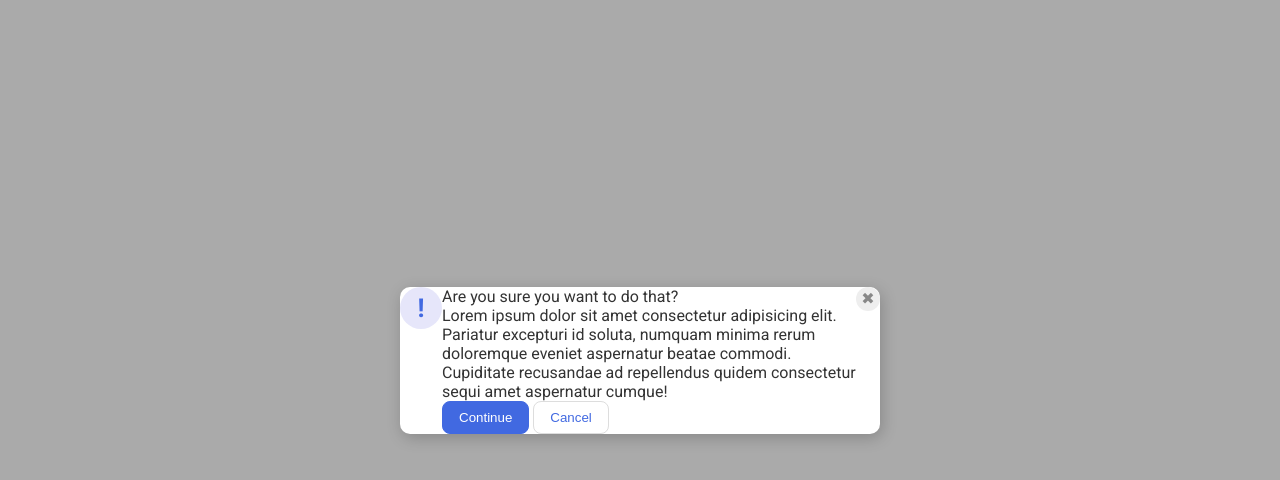
Repository: ridgely/css-exercises
Page: flex/05-flex-modal/index.html
These files come from the project's save history. The page is drawn as it stood at one moment and after the next save; the edit follows.
The browser window is 1280 px wide. The pictures show the whole page.

Above is the page before, as saved 2022-07-06 14:20:16.

### flex/05-flex-modal/index.html
<!DOCTYPE html>
<html lang="en">
  <head>
    <meta charset="UTF-8">
    <meta http-equiv="X-UA-Compatible" content="IE=edge">
    <meta name="viewport" content="width=device-width, initial-scale=1.0">
    <link rel="stylesheet" href="style.css">
    <title>Modal</title>
  </head>
  <body>
    <div class="modal">
      <div class="column-1">
        <div class="icon">!</div>
      </div>
      <div class="column-2">
        <div class="header">Are you sure you want to do that?</div>
        <div class="text">Lorem ipsum dolor sit amet consectetur adipisicing elit. Pariatur excepturi id soluta, numquam minima rerum doloremque eveniet aspernatur beatae commodi. Cupiditate recusandae ad repellendus quidem consectetur sequi amet aspernatur cumque!</div>
        <button class="continue">Continue</button>
        <button class="cancel">Cancel</button>
      </div>
      <div class="column-3">
        <div class="close-button">✖</div>
      </div>
    </div>
  </body>
</html>

### flex/05-flex-modal/style.css
@import url('https://fonts.googleapis.com/css2?family=Roboto:wght@400;700&display=swap');

html, body {
  height: 100%;
}

body {
  font-family: Roboto, sans-serif;
  margin: 0;
  background: #aaa;
  color: #333;
  /* I'll give you this one for free lol */
  display: flex;
  align-items: center;
  justify-content: center;
}

.modal {
  background: white;
  width: 480px;
  border-radius: 10px;
  box-shadow: 2px 4px 16px rgba(0,0,0,.2);
  display: flex;
}

.icon {
  color: royalblue;
  font-size: 26px;
  font-weight: 700;
  background: lavender;
  width: 42px;
  height: 42px;
  border-radius: 50%;
  display: flex;
  align-items: center;
  justify-content: center;
}

.close-button {
  background: #eee;
  border-radius: 50%;
  color: #888;
  font-weight: 400;
  font-size: 16px;
  height: 24px;
  width: 24px;
  display: flex;
  align-items: center;
  justify-content: center;
}

button {
  padding: 8px 16px;
  border-radius: 8px;
}

button.continue {
  background: royalblue;
  border: 1px solid royalblue;
  color: white;
}

button.cancel {
  background: white;
  border: 1px solid #ddd;
  color: royalblue;
}

After the next save:
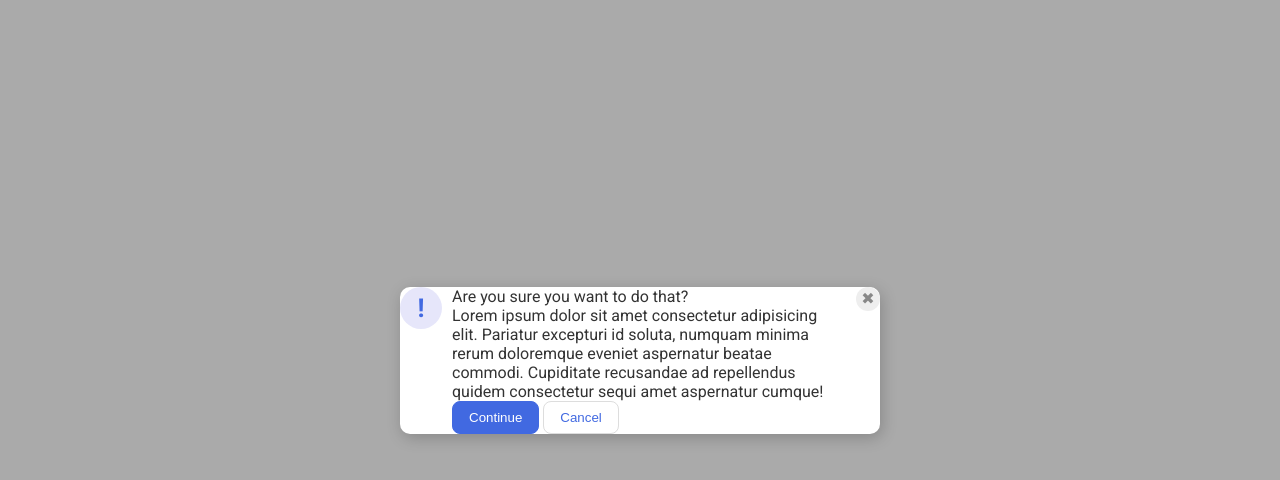
Saved 106 s later.
--- a/flex/05-flex-modal/style.css
+++ b/flex/05-flex-modal/style.css
@@ -21,6 +21,7 @@ body {
   border-radius: 10px;
   box-shadow: 2px 4px 16px rgba(0,0,0,.2);
   display: flex;
+  gap: 10px;
 }
 
 .icon {
